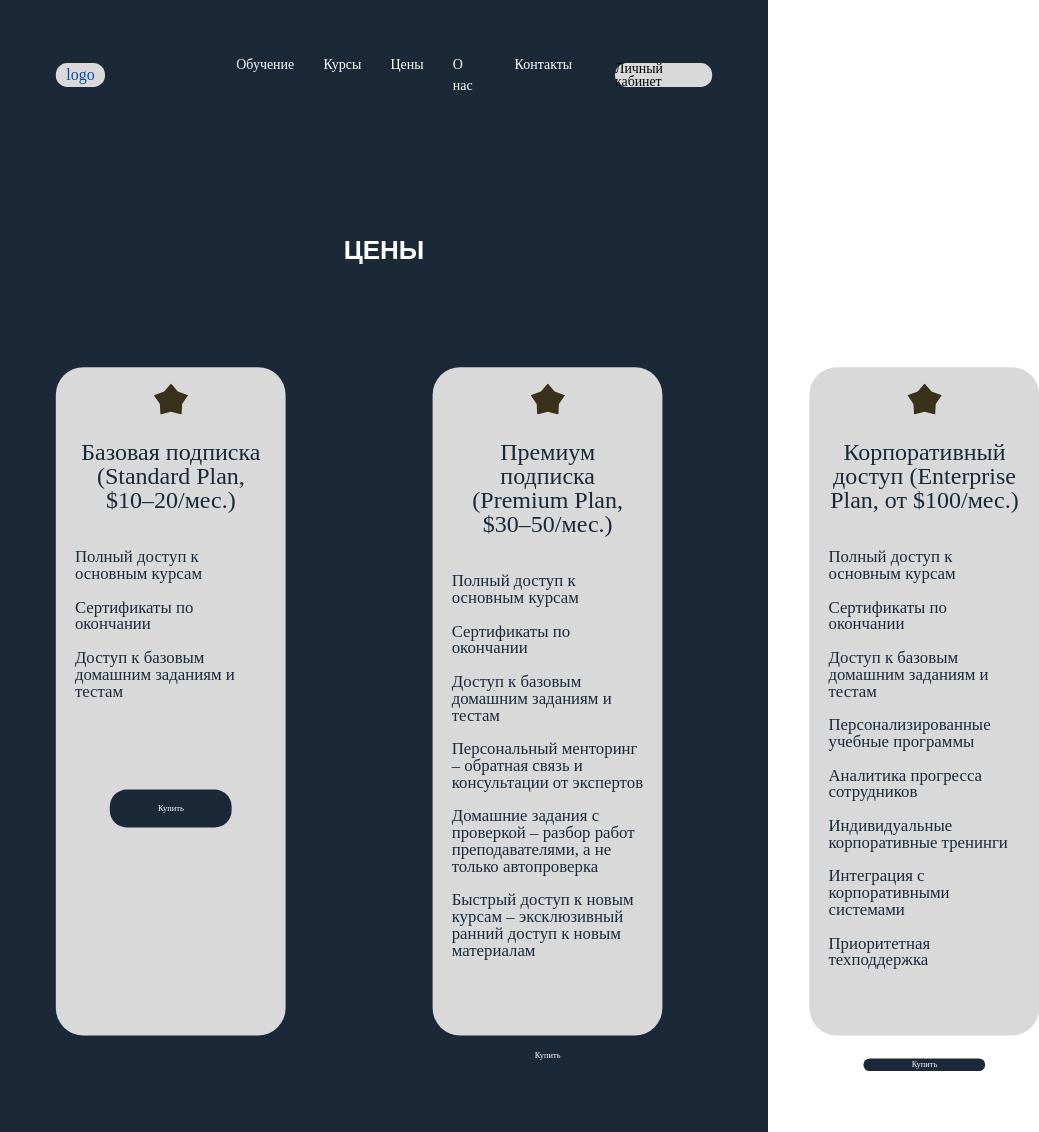
Repository: marjango/course
Page: /pricepage
The author's editor kept a copy of each file at every save. The page is drawn from the files as they stood at one save, then again after the next save.
The browser window is 1280 px wide. The page is 1732 px wide, so the pictures cover 1732 px, including what lies to the right of the window. The pictures show the whole page, at 60% of full size.
The project was rebuilt for these pictures with package versions that can differ from the ones it lists, and the page was loaded fresh each time. The framework's server and built-in components were replaced by stand-ins that run in the browser. Also part of the build but not shown: next.config.ts.

Above is the page before, as saved 2025-03-26 21:07:47.

After the next save:
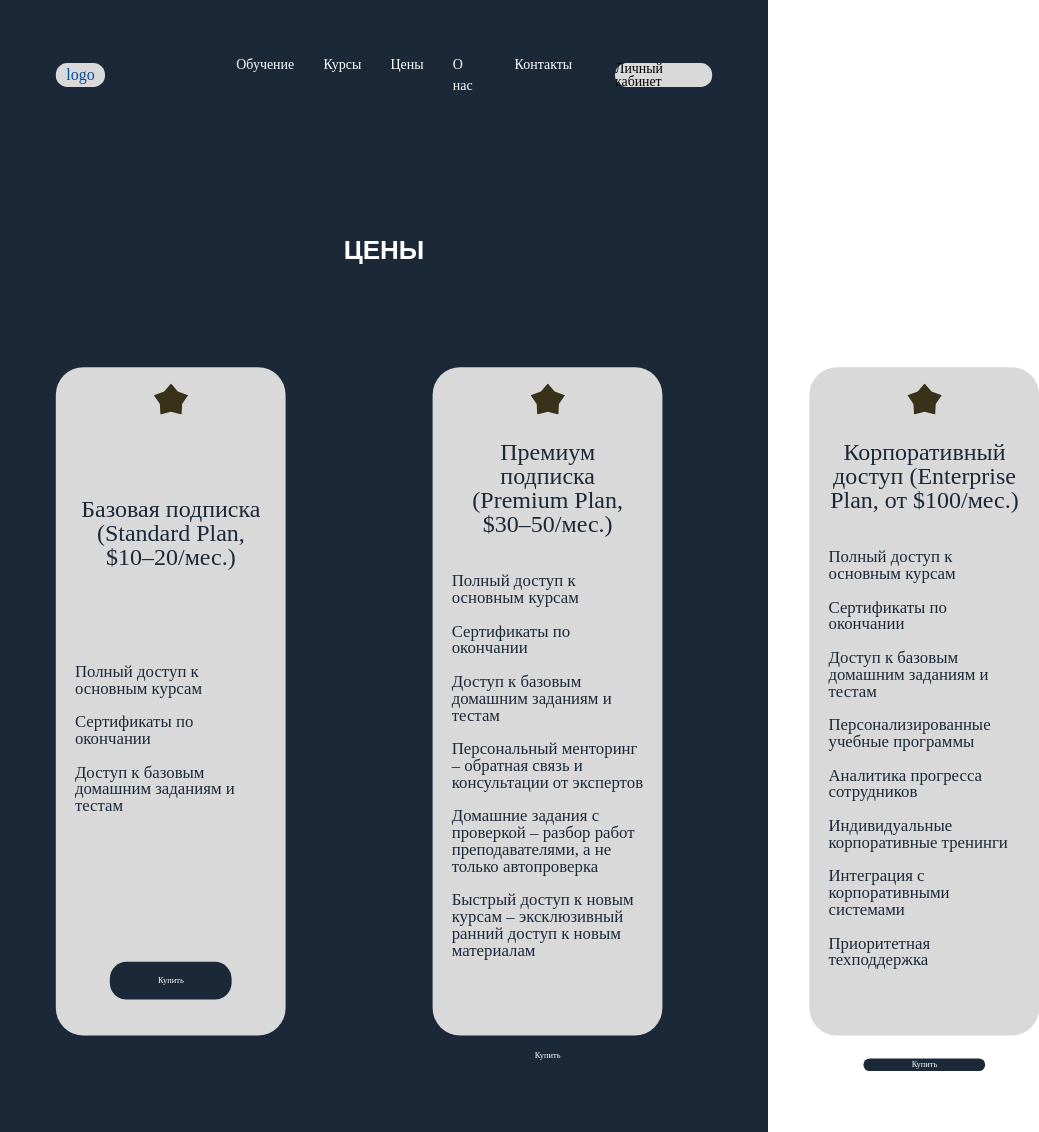
Saved 11 s later.
--- a/app/pricepage/price.module.css
+++ b/app/pricepage/price.module.css
@@ -66,11 +66,12 @@
     border-radius: 46px;
     display: flex;
     flex-direction: column;
+    justify-content: space-between;
     align-items: center;
     width: 383px;
     height: 1114px;
     color: #1b2838;
-    padding-bottom: ;
+    padding-bottom: 60px;
 }
 .column img {
     margin-top: 27px;

After the save that followed:
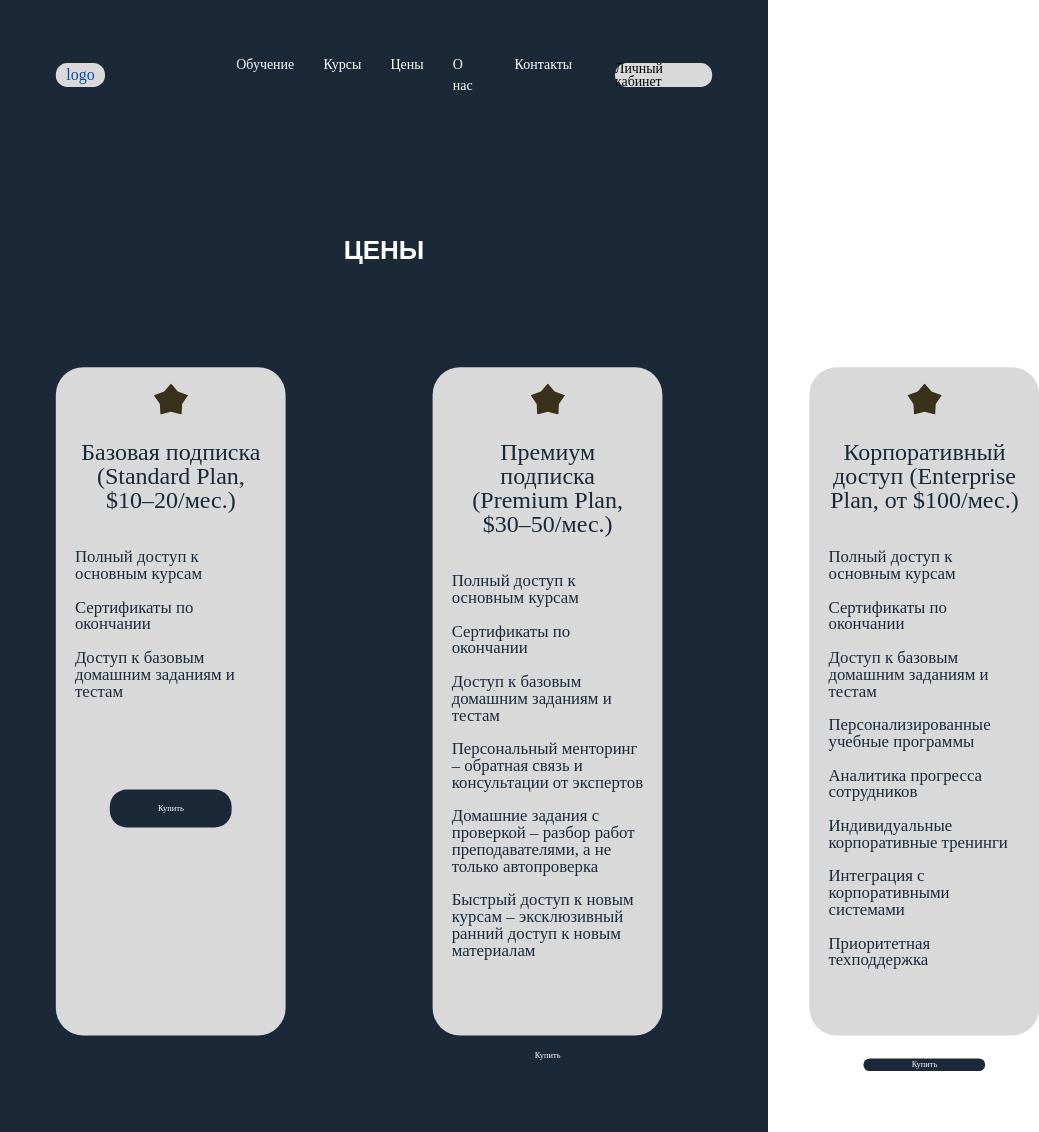
Saved 11 s later.
--- a/app/pricepage/price.module.css
+++ b/app/pricepage/price.module.css
@@ -66,7 +66,6 @@
     border-radius: 46px;
     display: flex;
     flex-direction: column;
-    justify-content: space-between;
     align-items: center;
     width: 383px;
     height: 1114px;
